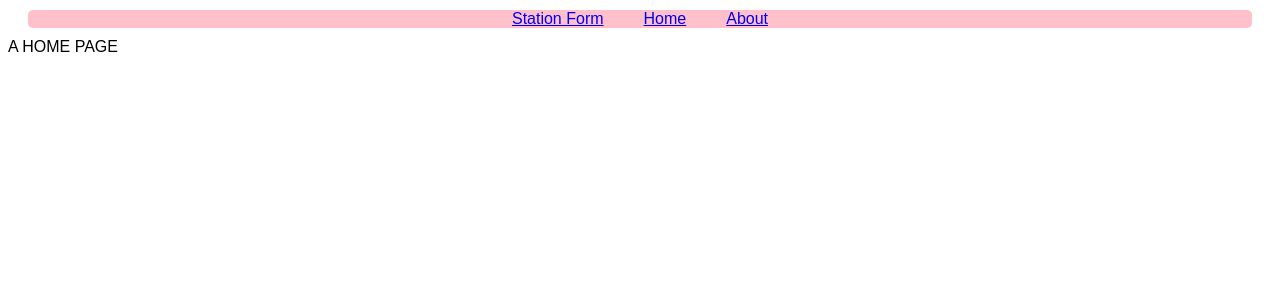
Repository: rutsguifd/mkr2
Page: /
These files come from the project's save history. The page is drawn as it stood at one moment and after the next save; the edit follows.
The browser window is 1280 px wide. The pictures show the whole page.
The project was rebuilt for these pictures with package versions that can differ from the ones it lists, and the page was loaded fresh each time. Also part of the build but not shown: src/views/About.vue, src/components/FavoriteTrips.vue, src/components/AddTrip.vue, src/components/TripCard.vue, src/views/StationForm.vue.

Above is the page before, as saved 2021-12-21 22:24:17.

### src/App.vue
<template>
  <div>
    <router-view />
  </div>
</template>

<script>
  export default {

  }
</script>

<style lang="scss" scoped>

</style>

### src/router/index.js
import { createRouter, createWebHashHistory } from 'vue-router'
import Home from '../views/Home.vue'
import About from '../views/About.vue'
import StationForm from '../views/StationForm.vue'


const routes = [
  {
    path: '/',
    name: 'Home',
    component: Home
  },
  {
    path: '/about',
    name: 'About',
    component: About
  },
  {
    path: '/station-form',
    name: 'StationForm',
    component: StationForm
  }
]

const router = createRouter({
  history: createWebHashHistory(),
  routes
})

export default router

### src/store/index.js
import { createStore } from 'vuex'

export default createStore({
  state: {
    tripInfo: [
      {
        id: 1,
        tripStart: "Uzh",
        tripEnd: "Muk",
        tripDuration: "1 hour",
        tripPrice: "500",
        vehicle: "Bus"
      },
      {
        id: 2,
        tripStart: "Kiev",
        tripEnd: "Muk",
        tripDuration: "2 hours",
        tripPrice: "1000",
        vehicle: "Train"
      },
      {
        id: 3,
        tripStart: "Lviv",
        tripEnd: "Uzh",
        tripDuration: "1.5 hours",
        tripPrice: "500",
        vehicle: "Bus"
      }
    ],
    favoriteTrips: []
  },
  mutations: {
    addTrip(state, trip) {
      state.tripInfo.push({
        tripStart: trip.start,
        tripEnd: trip.end,
        tripDuration: trip.dur,
        tripPrice: trip.price,
        vehicle: trip.veh
      })
    },
    deleteTrip(state, ind) {
      state.tripInfo.splice(ind, 1)
    },
    addToFavorites(state, trip) {
      state.favoriteTrips.push({
        tripStart: trip.start,
        tripEnd: trip.end,
        tripDuration: trip.dur,
        tripPrice: trip.price,
        vehicle: trip.veh
      });
      console.log(state.favoriteTrips)
    }
  },
  actions: {},
  getters: {
    AllTrips(state) {
      return state.tripInfo
    },
    AllFavoriteTrips(state) {
      return state.favoriteTrips
    }
  }
})

### src/views/Home.vue
<template>
  <div>
    <Header />
    A HOME PAGE
  </div>
</template>

<script>
import Header from '../components/Header.vue'
  export default {
    name: "Home",
    components: {
      Header
    }
  }
</script>

<style lang="scss" scoped>
* {
  margin: 0;
  padding: 0;
  box-sizing: border-box;
  font-family: "Fira Sans", sans-serif;
}
</style>

### src/components/Header.vue
<template>
  <div class="header">
    <span><router-link to="/station-form">Station Form</router-link></span>
    <span><router-link to="/">Home</router-link></span>
    <span><router-link to="/about">About</router-link></span>
  </div>
</template>

<script>
export default {};
</script>

<style lang="scss" scoped>
.header{
    text-align: center;
    margin: 10px 20px;
    background: pink;
    border-radius: 5px;
    span{
        margin: 0px 20px;
    }
}
</style>

Loaded but not shown: public/index.html (common file); src/main.js (common file)

After the next save:
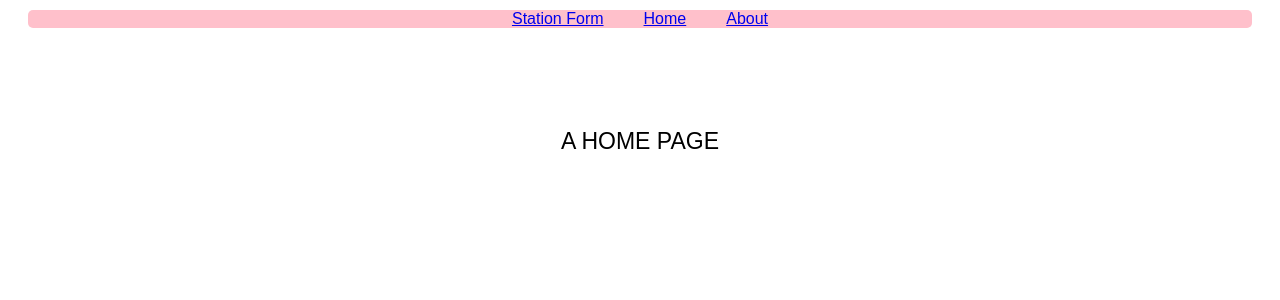
Saved 31 s later.
--- a/src/views/Home.vue
+++ b/src/views/Home.vue
@@ -1,6 +1,6 @@
 <template>
-  <div>
     <Header />
+  <div class="fz">
     A HOME PAGE
   </div>
 </template>
@@ -22,4 +22,11 @@ import Header from '../components/Header.vue'
   box-sizing: border-box;
   font-family: "Fira Sans", sans-serif;
 }
+div {
+  .fz{
+      font-size: 23px;
+  }
+  margin-top: 100px;
+  text-align: center;
+}
 </style>
